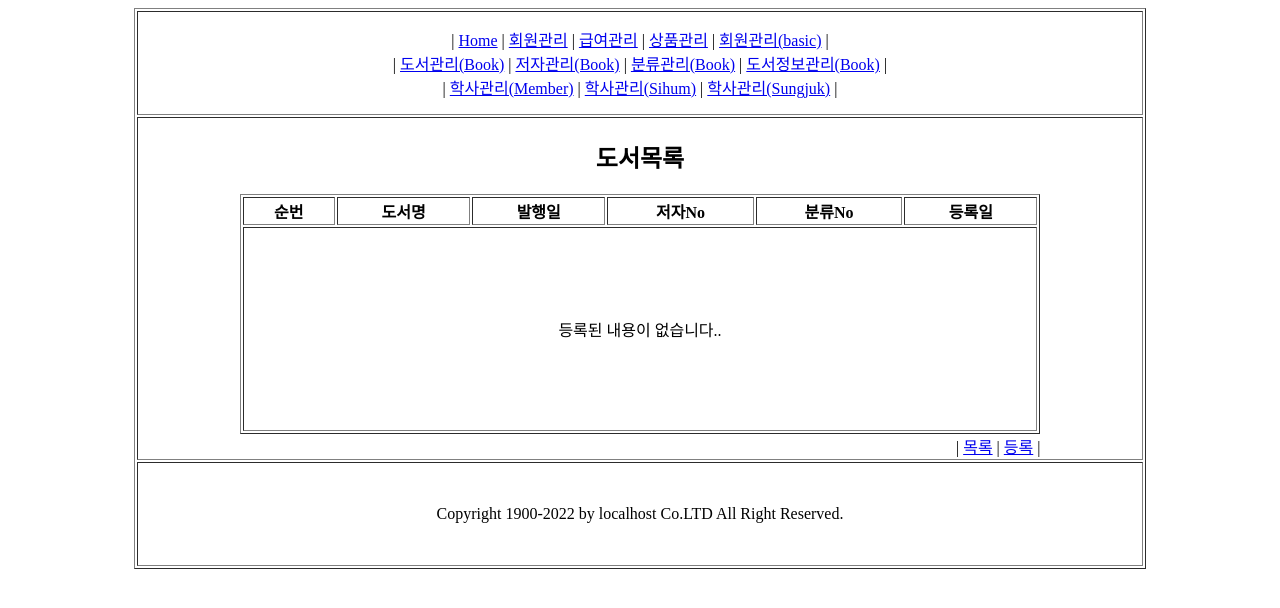
Repository: Mildous/HKIT-BackendClass
Page: http://localhost/jspTest/BookInfo/list.jsp
The author's editor kept a copy of each file at every save. The page is drawn from the files as they stood at one save, then again after the next save.
The browser window is 1280 px wide. The pictures show the whole page.
The page is served by Tomcat 9. Queries for data that is not in the repository find no rows.

Above is the page before, as saved 2022-08-16 07:42:58.

After the next save:
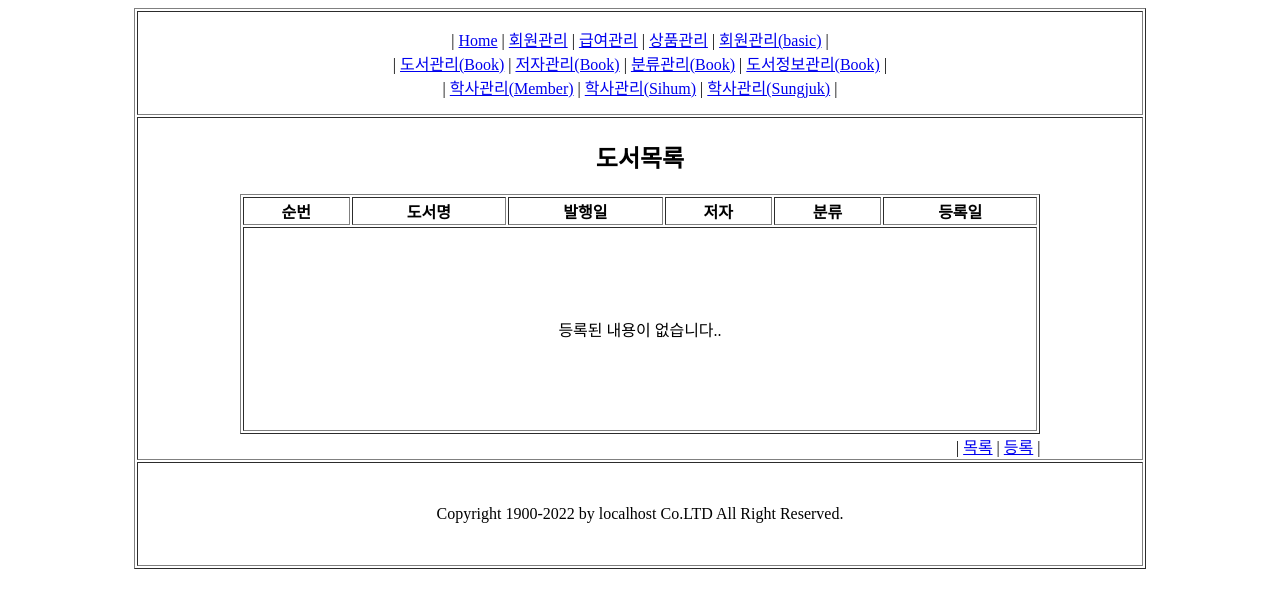
Saved 6 min 1 s later.
--- a/workspace/jsp/jspTest/WebContent/BookInfo/list_sub.jsp
+++ b/workspace/jsp/jspTest/WebContent/BookInfo/list_sub.jsp
@@ -18,8 +18,8 @@
 		<th>순번</th>
 		<th>도서명</th>
 		<th>발행일</th>
-		<th>저자No</th>
-		<th>분류No</th>
+		<th>저자</th>
+		<th>분류</th>
 		<th>등록일</th>
 	</tr>
 	<% if(totalRecord == 0) { %>
